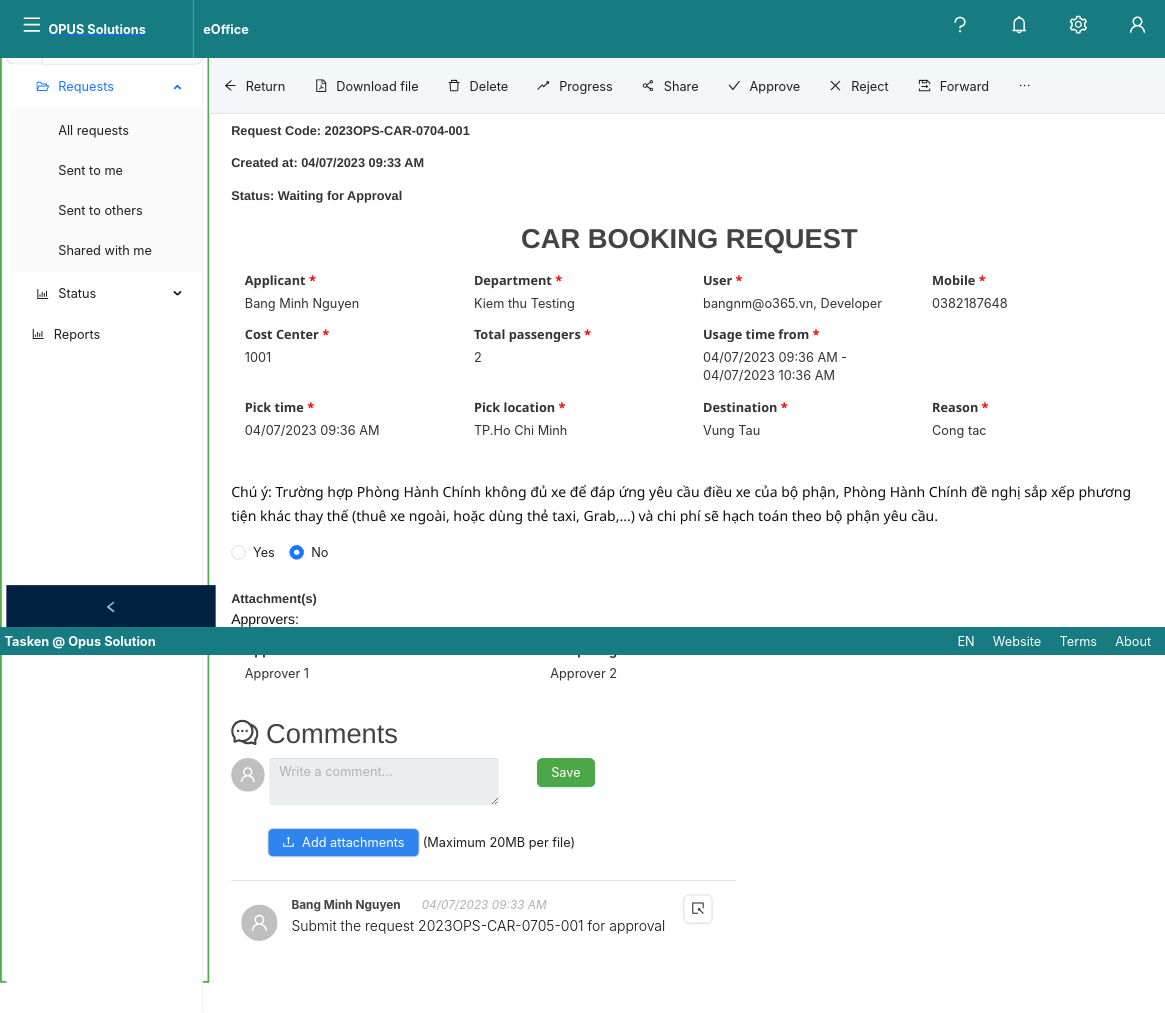
Repository: vannam272008/car-booking
Page: /request/detail
The author's editor kept a copy of each file at every save. The page is drawn from the files as they stood at one save, then again after the next save.
The browser window is 1280 px wide. The pictures show the whole page, at 91% of full size.
The project was rebuilt for these pictures with package versions that can differ from the ones it lists, and the page was loaded fresh each time. Also part of the build but not shown: src/Pages/ManageRequest/index.css, src/Pages/ManageRequest/ManageRequest.tsx, src/Components/AddRequest/MenuAdd/menuAdd.tsx, src/Components/AddRequest/SendApprover/sendApprover.css, src/Components/AddRequest/SendApprover/sendApprover.tsx, src/Components/AddRequest/AddRequest/addRequest.css, src/Components/AddRequest/AddRequest/addRequest.tsx. Imported but missing from the stored project, and not drawn on this page: src/Pages/Home.

Above is the page before, as saved 2023-07-10 16:04:13.

After the next save:
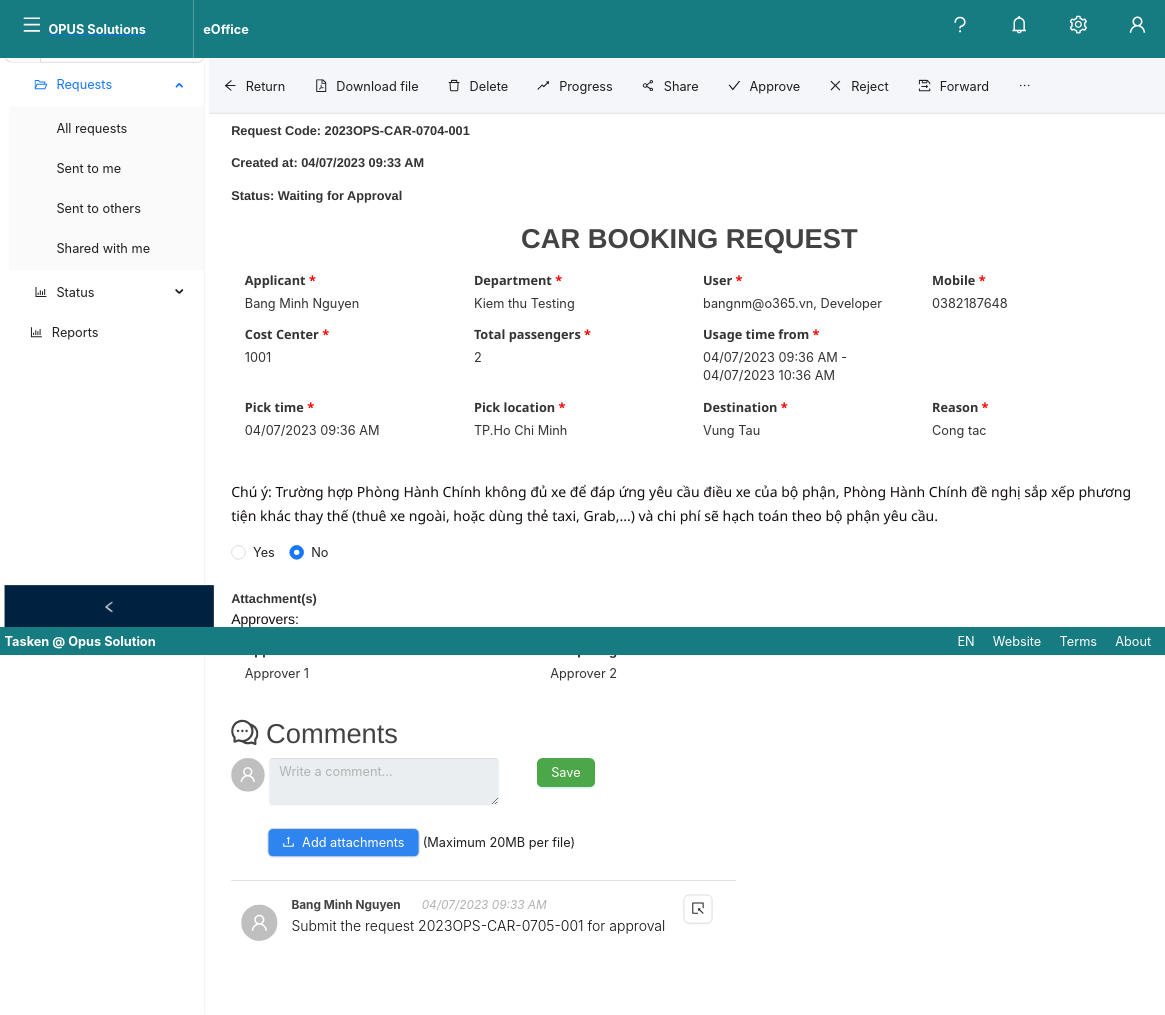
Saved 9 s later.
--- a/src/Components/AppSider/AppSider.scss
+++ b/src/Components/AppSider/AppSider.scss
@@ -11,8 +11,7 @@
                 position: sticky;
                 top: 125;
                 padding: 5px;
-                background-color: #cae8ca;
-                border: 2px solid #4CAF50;
+
         }
 
         & .ant-layout-sider-children {}
